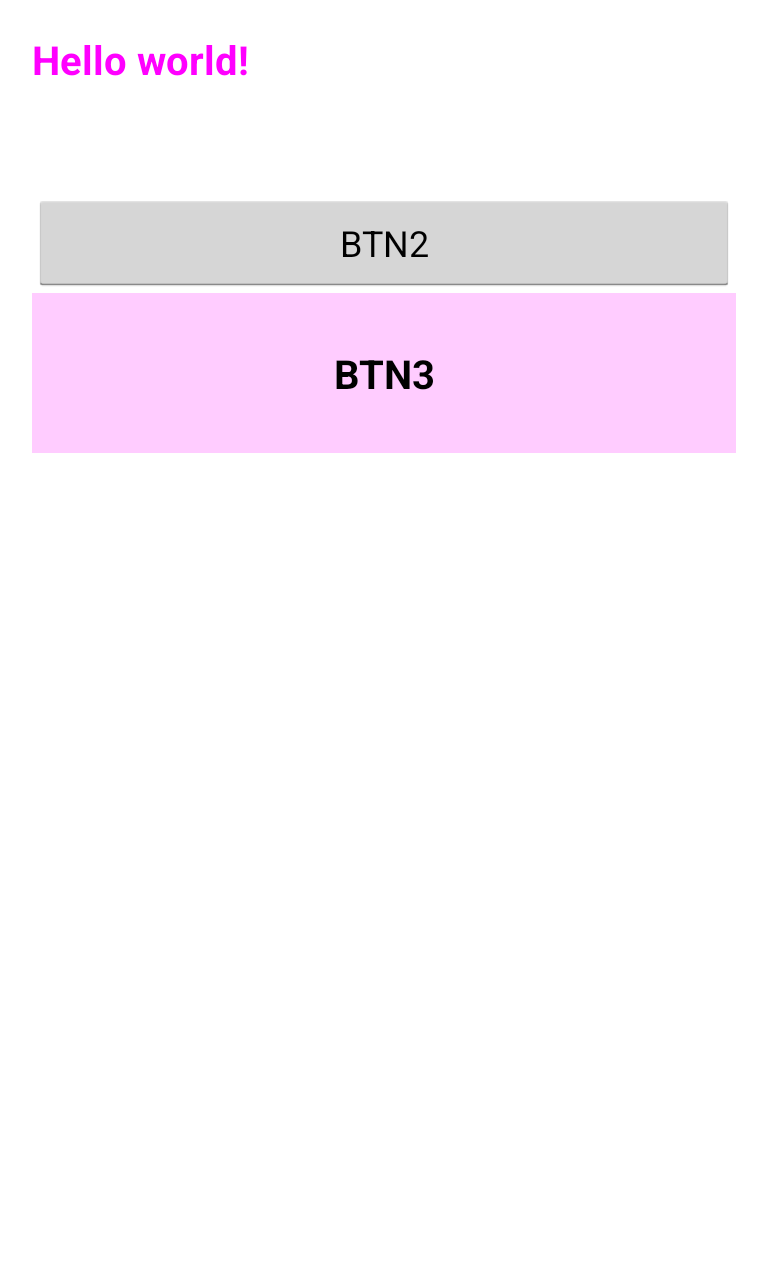
Repository: leehan0617/android
Layout: ex02/res/layout/activity_main.xml
The author's editor kept a copy of each file at every save. The layout is drawn from the files as they stood at one save, then again after the next save.
It is drawn on a 768 x 1280 px phone screen (xhdpi) without system bars, with theme AppTheme; the app's code is not run.

Above is the layout before, as saved 2015-07-27 04:05:30.

After the next save:
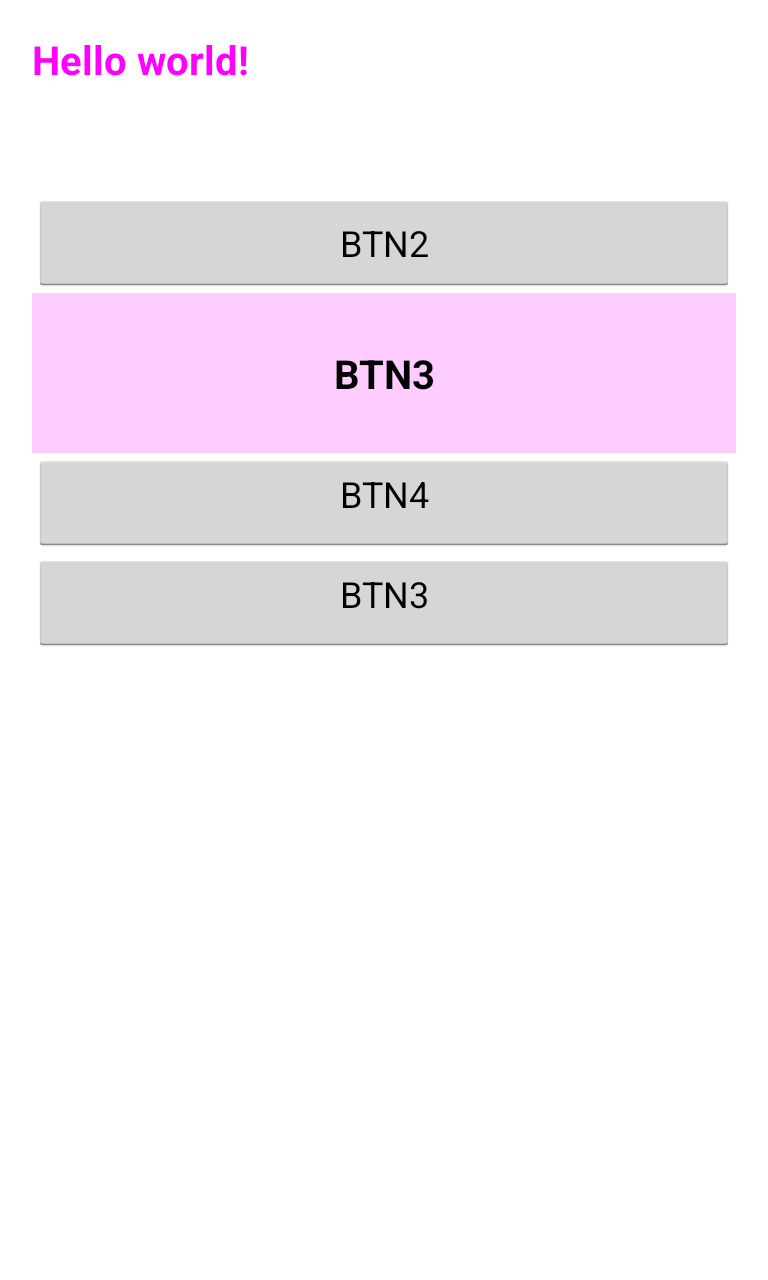
Saved 4 min 19 s later.
--- a/ex02/res/layout/activity_main.xml
+++ b/ex02/res/layout/activity_main.xml
@@ -39,4 +39,18 @@
         android:textStyle="bold"
         android:background="#33FF00FF"
         android:text="@string/btn3" />
+
+    <Button
+        android:layout_width="match_parent"
+        android:layout_height="50dp"
+        android:text="@string/btn4"
+        android:gravity="center_horizontal" />
+
+    <Button
+        android:layout_width="match_parent"
+        android:layout_height="50dp"
+        android:text="@string/btn3"
+        android:gravity="rigth|center_horizontal"/>
+
+
 </LinearLayout>
